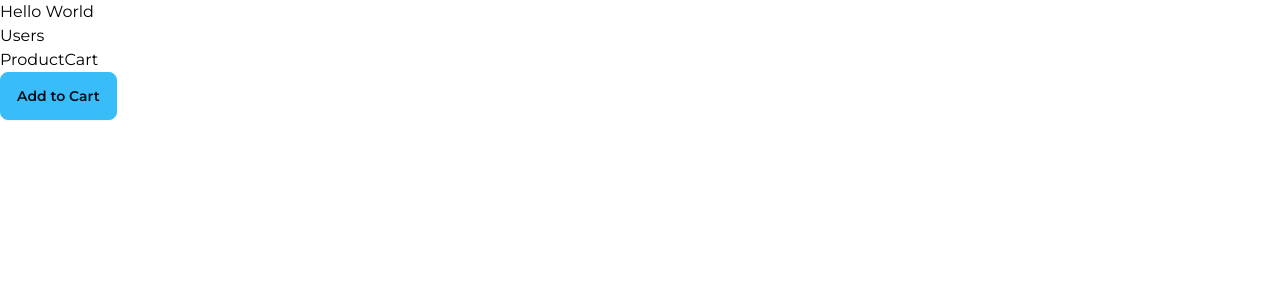
Repository: Yakyaz/myWebsite
Page: /
The author's editor kept a copy of each file at every save. The page is drawn from the files as they stood at one save, then again after the next save.
The browser window is 1280 px wide. The pictures show the whole page.
The project was rebuilt for these pictures with package versions that can differ from the ones it lists, and the page was loaded fresh each time. The framework's server and built-in components were replaced by stand-ins that run in the browser. Also part of the build but not shown: next.config.js.

Above is the page before, as saved 2023-12-01 23:18:09.

After the next save:
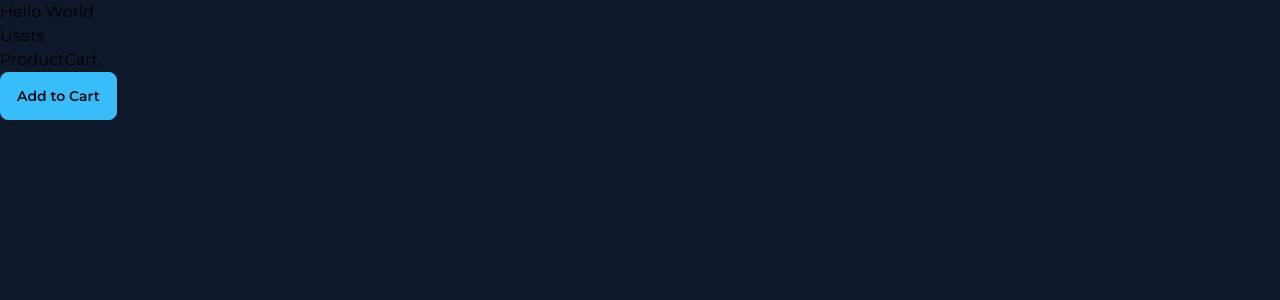
Saved 20 s later.
--- a/app/globals.css
+++ b/app/globals.css
@@ -6,16 +6,10 @@
   --foreground-rgb: 0, 0, 0;
 }
 
-html,
-body {
-  height: 100%;
-  /* Setze die Höhe auf 100% für den gesamten Bildschirm */
-  margin: 0;
-  /* Entferne den Standardabstand des Body-Elements */
-}
+
 
 body {
   color: rgb(var(--foreground-rgb));
-  background-color: white;
+
 
 }

After the 2 saves that followed:
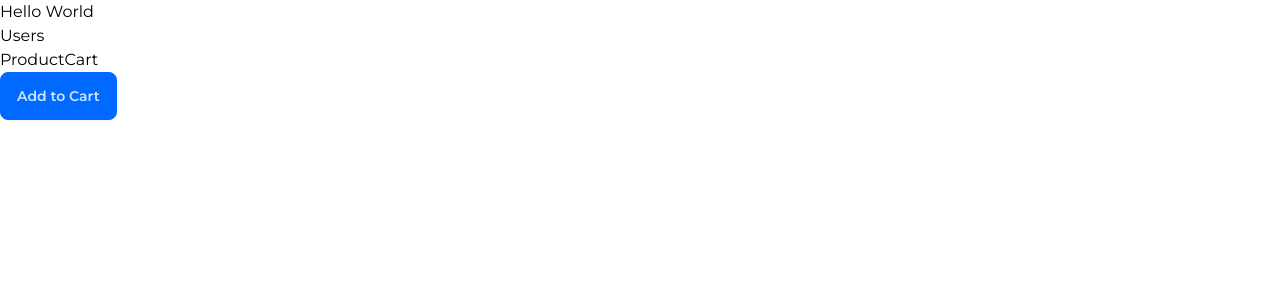
The 2 saves are shown as one change because 1 left the picture as it was.
The last was saved 25 s later.
--- a/app/layout.tsx
+++ b/app/layout.tsx
@@ -15,7 +15,7 @@ export default function RootLayout({
   children: React.ReactNode;
 }) {
   return (
-    <html lang="en" data-theme="night">
+    <html lang="en" data-theme="winter">
       <body className={montserrat.className}>{children}</body>
     </html>
   );
--- a/tailwind.config.ts
+++ b/tailwind.config.ts
@@ -17,7 +17,7 @@ const config: Config = {
   },
   plugins: [require("daisyui")],
   daisyui: {
-    themes: ["light", "night", "cupcake"],
+    themes: ["winter", "night", "cupcake"],
   },
 };
 export default config;
